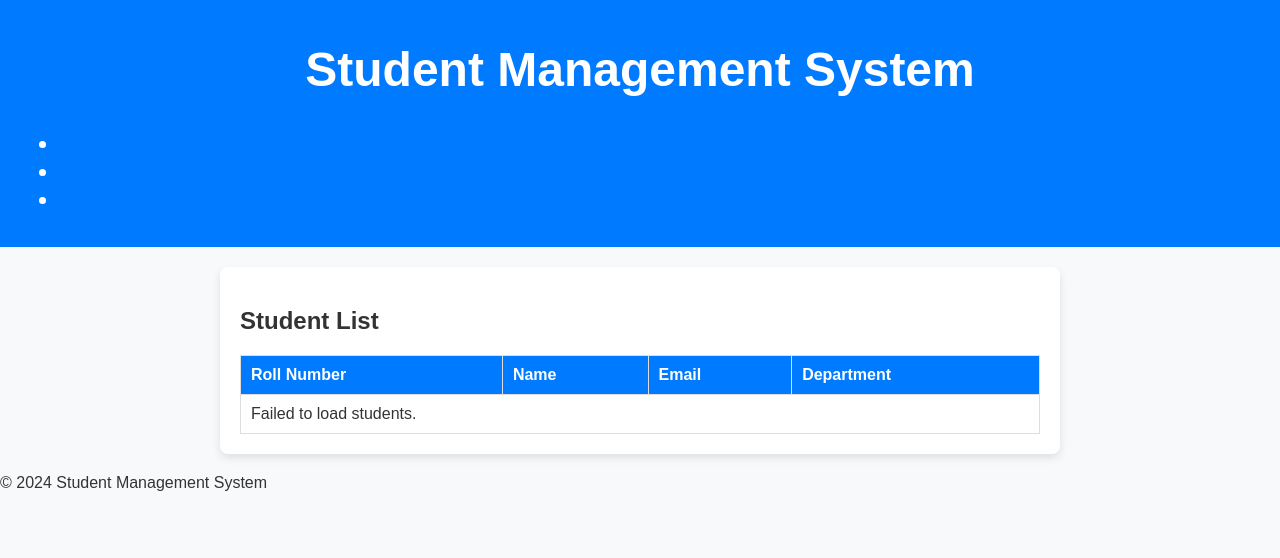
Repository: roohithbala/studentmanagement
Page: demo/src/main/resources/static/view-students.html
These files come from the project's save history. The page is drawn as it stood at one moment and after the next save; the edit follows.
The browser window is 1280 px wide. The pictures show the whole page.
The page's requests for data from a server got no answer.

Above is the page before, as saved 2024-11-24 17:55:53.

After the next save:
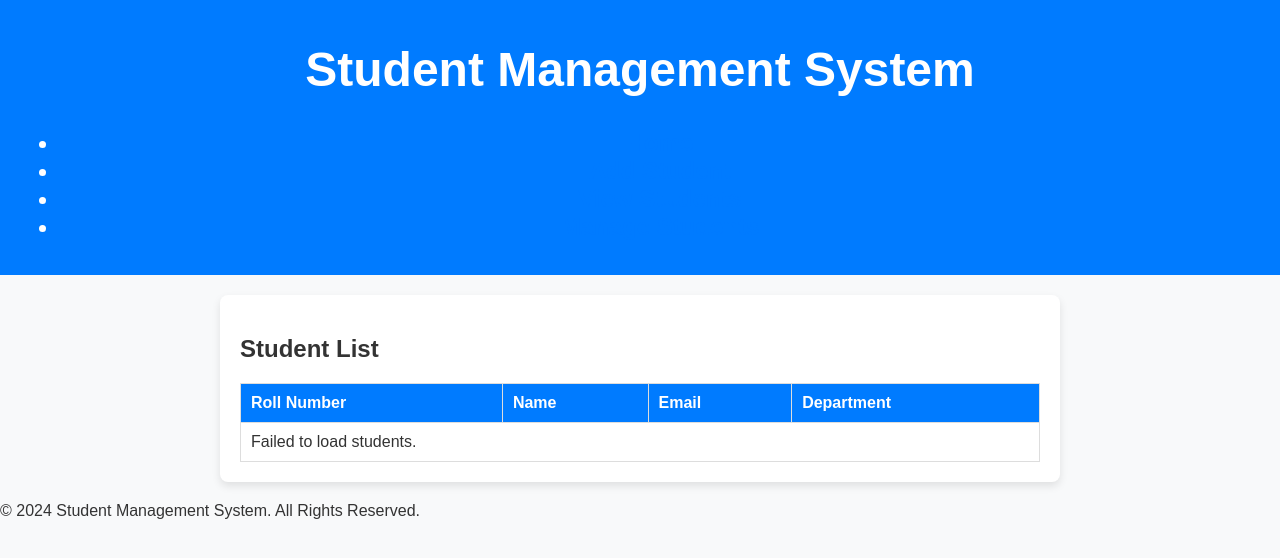
Saved 18 s later.
--- a/demo/src/main/resources/static/view-students.html
+++ b/demo/src/main/resources/static/view-students.html
@@ -8,35 +8,42 @@
 </head>
 <body>
     <header>
-        <h1>Student Management System</h1>
-        <nav>
-            <ul>
-                <li><a href="index.html">Home</a></li>
-                <li><a href="add-student.html">Add Student</a></li>
-                <li><a href="view-students.html">View Students</a></li>
-            </ul>
-        </nav>
+        <div class="header-container">
+            <h1>Student Management System</h1>
+            <nav>
+                <ul>
+                    <li><a href="index.html">Home</a></li>
+                    <li><a href="add-student.html">Add Student</a></li>
+                    <li><a href="view-students.html" class="active">View Students</a></li>
+                    <li><a href="manage-students.html">Manage Students</a></li>
+                </ul>
+            </nav>
+        </div>
     </header>
     <main>
         <section class="students-section">
             <h2>Student List</h2>
-            <table id="students-table">
-                <thead>
-                    <tr>
-                        <th>Roll Number</th>
-                        <th>Name</th>
-                        <th>Email</th>
-                        <th>Department</th>
-                    </tr>
-                </thead>
-                <tbody>
-                    <!-- Data will be dynamically populated -->
-                </tbody>
-            </table>
+            <div class="table-container">
+                <table id="students-table">
+                    <thead>
+                        <tr>
+                            <th>Roll Number</th>
+                            <th>Name</th>
+                            <th>Email</th>
+                            <th>Department</th>
+                        </tr>
+                    </thead>
+                    <tbody>
+                        <!-- Data will be dynamically populated -->
+                    </tbody>
+                </table>
+            </div>
         </section>
     </main>
     <footer>
-        <p>&copy; 2024 Student Management System</p>
+        <div class="footer-container">
+            <p>&copy; 2024 Student Management System. All Rights Reserved.</p>
+        </div>
     </footer>
     <script src="script.js"></script>
 </body>
